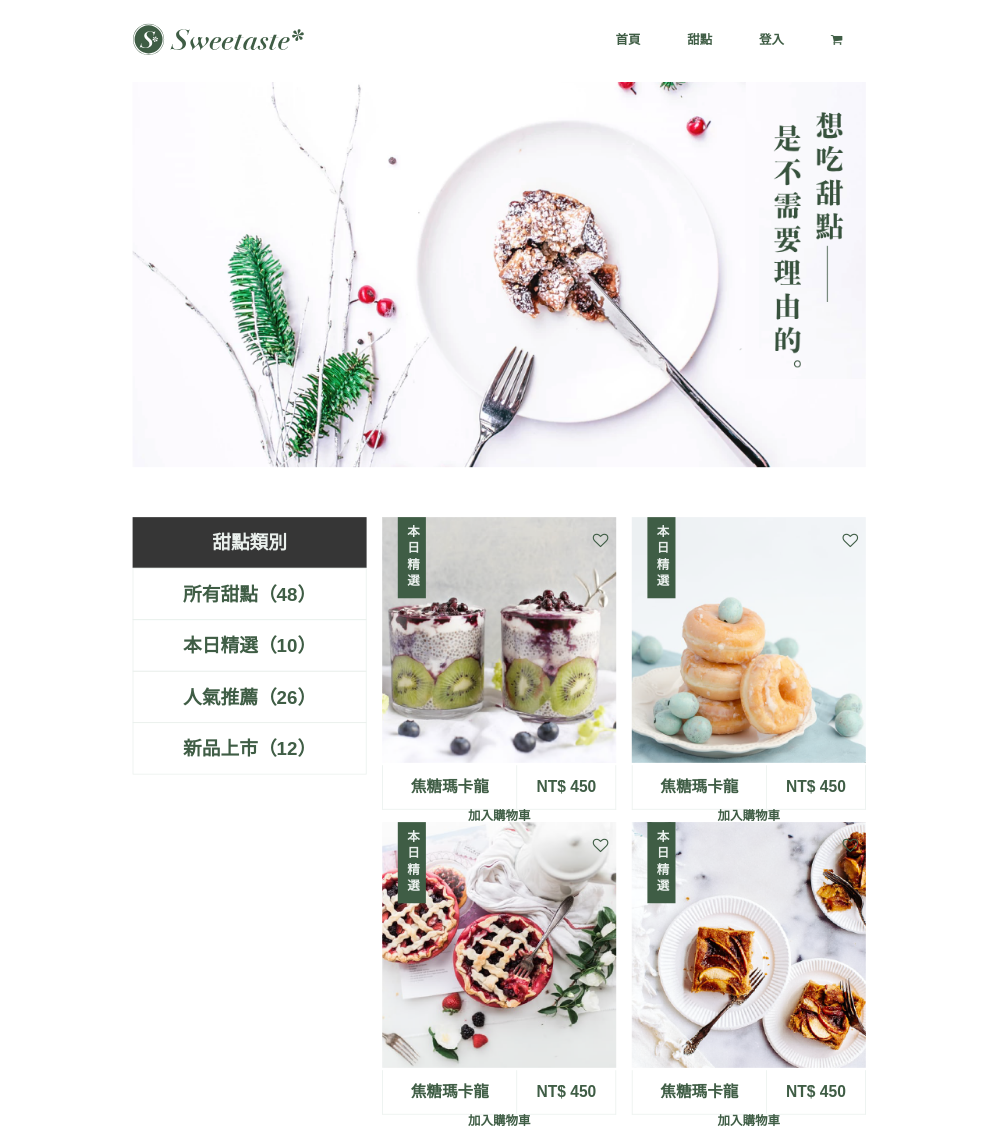
Repository: michelle61219/Sweets
Page: index.html
These files come from the project's save history. The page is drawn as it stood at one moment and after the next save; the edit follows.
The browser window is 1280 px wide. The pictures show the whole page, at 78% of full size.

Above is the page before, as saved 2021-06-13 15:45:10.

After the next save:
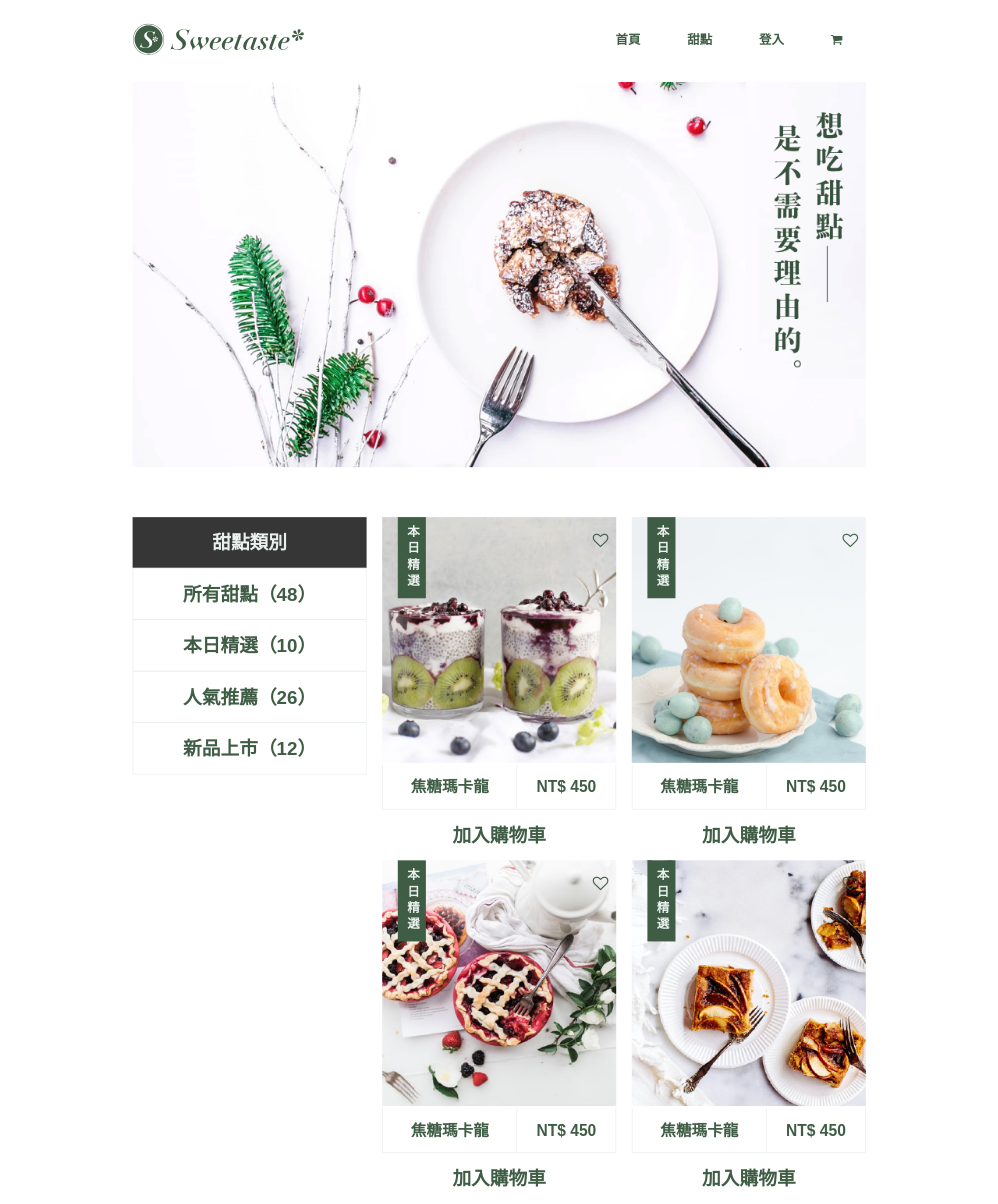
Saved 22 s later.
--- a/style.css
+++ b/style.css
@@ -258,5 +258,7 @@ a {
 }
 .productList-card .cart {
 	display: block;
-	text-align: center;
-}
+	font-size: 24px;
+	line-height: 65px;
+	text-align: center;
+}
